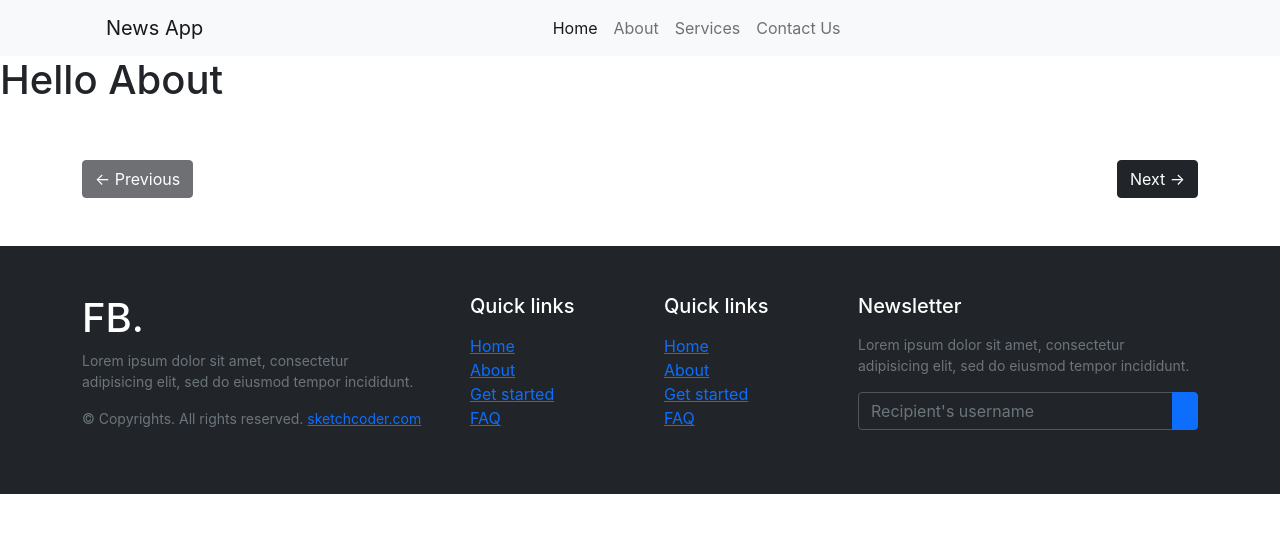
Repository: ZainAkbar51214/News-Site
Page: /about
An editor plug-in stored every save of this project. The page is shown before and after the next save, followed by the edit.
The browser window is 1280 px wide. The pictures show the whole page.
The page's requests for data from a server got no answer. The project was rebuilt for these pictures with package versions that can differ from the ones it lists, and the page was loaded fresh each time. A package was used in the major version that the imports need, not the one package.json lists. No one was signed in, and anything a server would have sent is missing. Also part of the build but not shown: src/Components/pages/Home.jsx, src/App.css, src/Components/Layouts/NewsItem.js.

Above is the page before, as saved 2023-12-17 02:42:02.

### public/index.html
<!DOCTYPE html>
<html lang="en">
  <head>
    <meta charset="utf-8" />
    <link rel="icon" href="%PUBLIC_URL%/favicon.ico" />
    <meta name="viewport" content="width=device-width, initial-scale=1" />
    <meta name="theme-color" content="#000000" />
    <meta
      name="description"
      content="Web site created using create-react-app"
    />
    <link rel="apple-touch-icon" href="%PUBLIC_URL%/logo192.png" />

    <link rel="manifest" href="%PUBLIC_URL%/manifest.json" />

    <title>News App</title>
    <!-- Bootstrap cdn -->
    <link href="https://cdn.jsdelivr.net/npm/bootstrap@5.0.2/dist/css/bootstrap.min.css" rel="stylesheet" integrity="sha384-EVSTQN3/azprG1Anm3QDgpJLIm9Nao0Yz1ztcQTwFspd3yD65VohhpuuCOmLASjC" crossorigin="anonymous">
  </head>
  <body>
    <noscript>You need to enable JavaScript to run this app.</noscript>
    <div id="root"></div>


    <!-- Bootstrap Script -->
    <script src="https://cdn.jsdelivr.net/npm/@popperjs/core@2.9.2/dist/umd/popper.min.js" integrity="sha384-IQsoLXl5PILFhosVNubq5LC7Qb9DXgDA9i+tQ8Zj3iwWAwPtgFTxbJ8NT4GN1R8p" crossorigin="anonymous"></script>
<script src="https://cdn.jsdelivr.net/npm/bootstrap@5.0.2/dist/js/bootstrap.min.js" integrity="sha384-cVKIPhGWiC2Al4u+LWgxfKTRIcfu0JTxR+EQDz/bgldoEyl4H0zUF0QKbrJ0EcQF" crossorigin="anonymous"></script>
  </body>
</html>

### src/App.js
import React from "react";
import {
  BrowserRouter,
  Routes,
  Route
} from "react-router-dom";
import Home from './Components/pages/Home';
import Navbar from './Components/Header/Navbar';
import Footer from './Components/Footer/Footer';
import About from "./Components/pages/About";
import News from "./Components/Layouts/News";

function App() {
  return (
    <BrowserRouter>
      <Navbar />
        <Routes>
          <Route path="/" element={<Home />}></Route>
          <Route path="/about" element={<About />}></Route>
        </Routes>
        <News />
      <Footer />
  </BrowserRouter>
  );
}

export default App;

### src/Components/Header/Navbar.jsx
import React, { Component } from 'react';
import { Link } from 'react-router-dom';

class Navbar extends Component {
    render() {
        return (
            <div>
                <div className="container-fluid bg-light">
                <div className="container">
                    <div className="row">
                        <div className="col-md-12">
                            <nav className="navbar navbar-expand-lg navbar-light">
                                <div className="container-fluid">
                                    <Link className="navbar-brand" to="/">News App</Link>
                                    <button className="navbar-toggler" type="button" data-bs-toggle="collapse" data-bs-target="#navbarSupportedContent" aria-controls="navbarSupportedContent" aria-expanded="false" aria-label="Toggle navigation">
                                        <span className="navbar-toggler-icon"></span>
                                    </button>
                                    <div className="collapse navbar-collapse" id="navbarSupportedContent">
                                        <ul className="navbar-nav mx-auto mb-2 mb-lg-0">
                                            <li className="nav-item">
                                                <Link className="nav-link active" aria-current="page" to="/">Home</Link>
                                            </li>
                                            <li className="nav-item">
                                                <Link className="nav-link" to="/about">About</Link>
                                            </li>
                                            <li className="nav-item">
                                                <Link className="nav-link" to="/services">Services</Link>
                                            </li>
                                            <li className="nav-item">
                                                <Link className="nav-link" to="/contact-us">Contact Us</Link>
                                            </li>
                                        </ul>
                                    </div>
                                </div>
                            </nav>
                        </div>
                    </div>
                </div>
            </div>
            </div>
        );
    }
}

export default Navbar;

### src/Components/Footer/Footer.jsx
import React from "react";
import { Link } from "react-router-dom";
import '../Footer/Footer.css';

const Navbar = () => {
    return (
        <>
            <div className="d-flex flex-column h-100">
                {/* <!-- FOOTER --> */}
                <footer className="w-100 py-4 flex-shrink-0">
                    <div className="container py-4">
                        <div className="row gy-4 gx-5">
                            <div className="col-lg-4 col-md-6">
                                <h5 className="h1 text-white">FB.</h5>
                                <p className="small text-muted">Lorem ipsum dolor sit amet, consectetur adipisicing elit, sed do eiusmod tempor incididunt.</p>
                                <p className="small text-muted mb-0">&copy; Copyrights. All rights reserved. <Link className="text-primary" to="https://sketchcoder.com" target="_blank">sketchcoder.com</Link></p>
                            </div>
                            <div className="col-lg-2 col-md-6">
                                <h5 className="text-white mb-3">Quick links</h5>
                                <ul className="list-unstyled text-muted">
                                    <li><Link to="#">Home</Link></li>
                                    <li><Link to="#">About</Link></li>
                                    <li><Link to="#">Get started</Link></li>
                                    <li><Link to="#">FAQ</Link></li>
                                </ul>
                            </div>
                            <div className="col-lg-2 col-md-6">
                                <h5 className="text-white mb-3">Quick links</h5>
                                <ul className="list-unstyled text-muted">
                                    <li><Link to="#">Home</Link></li>
                                    <li><Link to="#">About</Link></li>
                                    <li><Link to="#">Get started</Link></li>
                                    <li><Link to="#">FAQ</Link></li>
                                </ul>
                            </div>
                            <div className="col-lg-4 col-md-6">
                                <h5 className="text-white mb-3">Newsletter</h5>
                                <p className="small text-muted">Lorem ipsum dolor sit amet, consectetur adipisicing elit, sed do eiusmod tempor incididunt.</p>
                                <form action="#">
                                    <div className="input-group mb-3">
                                        <input className="form-control" type="text" placeholder="Recipient's username" aria-label="Recipient's username" aria-describedby="button-addon2" />
                                        <button className="btn btn-primary" id="button-addon2" type="button"><i className="fas fa-paper-plane"></i></button>
                                    </div>
                                </form>
                            </div>
                        </div>
                    </div>
                </footer>
            </div>
        </>
    )
}

export default Navbar;

### src/Components/pages/About.jsx
import React, { Component } from 'react';

class About extends Component {
    render() {
        return (
            <div>
                <h1>Hello About</h1>
            </div>
        );
    }
}

export default About;

### src/Components/Layouts/News.js
import React, { Component } from 'react';
import NewsItem from './NewsItem';

class News extends Component {

    constructor(){
        super();
        this.state = {
            articles: [],
            loading: false
        }
    }

    async componentDidMount(){
        let url = "https://newsapi.org/v2/top-headlines?apiKey=ad02bf3d34a0416cb244eb374fced0bb&q=news";
        let data = await fetch(url);
        let passData = await data.json();
        console.log(passData);
        this.setState({articles: passData.articles})

    }

    handPrevClick = () => {
        console.log("prev");
    }
    handNextClick = () => {
        console.log("Next");
    }



    render() {
        return (
            <div className='container-fluid'>
                <div className='container'>
                    <div className='row'>
                        {this.state.articles.map((element) => {
                           return element.urlToImage?<div className='col-lg-4 col-md-6 mt-5' key={element.url}>
                           <NewsItem title={element.title?element.title.slice(0, 45): ""} description={element.description?element.description.slice(0, 86): ""} imageUrl={element.urlToImage} newsUrl={element.url} />
                       </div>
                       :""
                        })}

                    </div>

                   <div className='row'>
                   <div className='col-lg-12 d-flex justify-content-between mt-5 mb-5'>
                        <button disabled={this.state.articles<=1} type='button' className='btn btn-dark' onClick={this.handPrevClick}>&larr; Previous</button>
                        <button type='button' className='btn btn-dark' onClick={this.handNextClick}>Next &rarr;</button>
                    </div>
                   </div>
                </div>
            </div>
        );
    }
}

export default News;

### src/Components/Footer/Footer.css
/* ==========================================
    FOR DEMO PURPOSE
  ========================================== */

  .text-small {
    font-size: 0.9rem;
  }

  .form-control {
    background: #212529;
    border-color: #545454;
  }

  .form-control:focus {
    background: #212529;
  }

  footer {
    background: #212529;
  }

Loaded but not shown: src/index.js (common file); src/index.css (common file); src/reportWebVitals.js (common file)

After the next save:
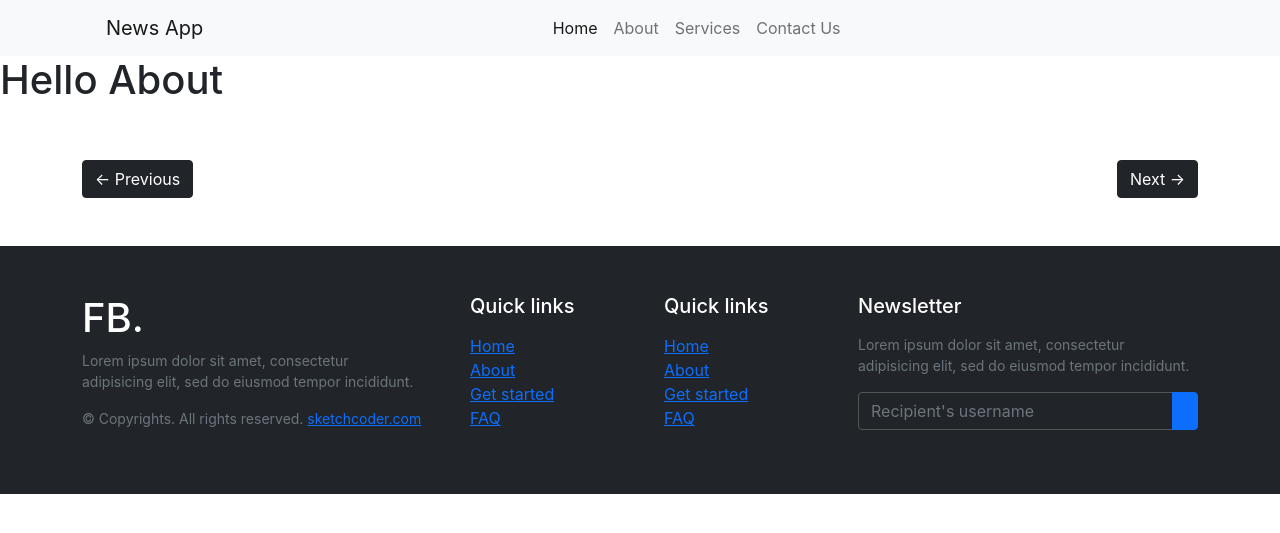
Saved 35 s later.
--- a/src/Components/Layouts/News.js
+++ b/src/Components/Layouts/News.js
@@ -45,7 +45,7 @@ class News extends Component {
 
                    <div className='row'>
                    <div className='col-lg-12 d-flex justify-content-between mt-5 mb-5'>
-                        <button disabled={this.state.articles<=1} type='button' className='btn btn-dark' onClick={this.handPrevClick}>&larr; Previous</button>
+                        <button disabled={this.state.page<=1} type='button' className='btn btn-dark' onClick={this.handPrevClick}>&larr; Previous</button>
                         <button type='button' className='btn btn-dark' onClick={this.handNextClick}>Next &rarr;</button>
                     </div>
                    </div>
